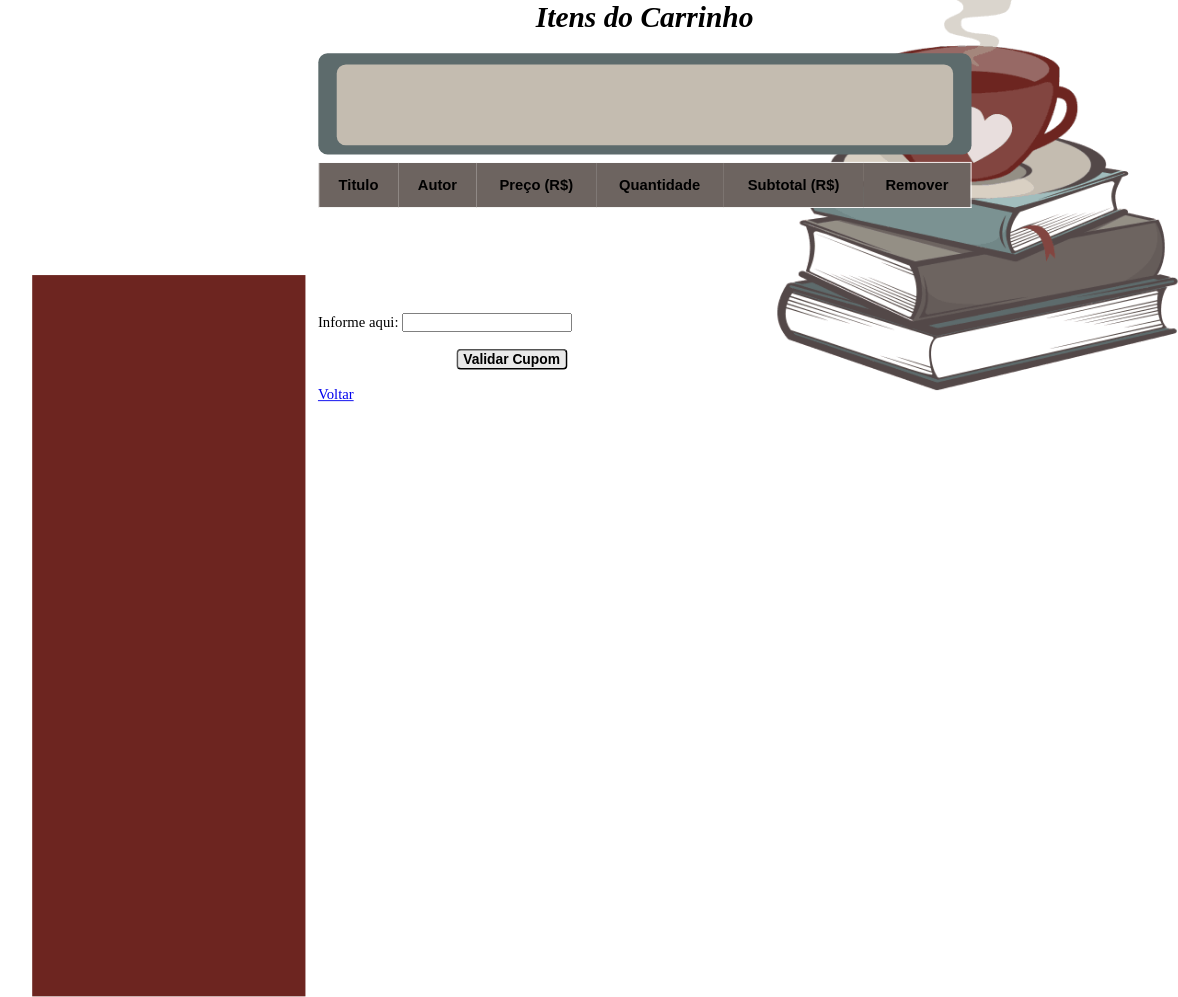
Repository: gabriellacrystina/ProjetoTegra
Page: http://localhost/book-store/meuCarrinho.jsp
An editor plug-in stored every save of this project. The page is shown before and after the next save, followed by the edit.
The browser window is 1280 px wide. The pictures show the whole page, at 92% of full size.
The page is served by Tomcat 9. Nobody is signed in. The application's start-up code is not run. Other server files are loaded and not shown. The template is opened directly, without the code that normally fills it, so the values that code supplies are empty.

Above is the page before, as saved 2016-07-07 19:47:53.

### book-store/WebContent/meuCarrinho.jsp
<%@ page language="java" contentType="text/html; charset=ISO-8859-1"
    pageEncoding="ISO-8859-1"%>
<%@ page import="model.Item" %>
<%@ page import="java.util.ArrayList" %>
<%@ taglib uri="http://java.sun.com/jsp/jstl/core" prefix="c" %>

<!DOCTYPE html PUBLIC "-//W3C//DTD HTML 4.01 Transitional//EN" "http://www.w3.org/TR/html4/loose.dtd">
<html>
	<head>
		<meta http-equiv="Content-Type" content="text/html; charset=ISO-8859-1">
		<link rel="stylesheet" type="text/css" href="book-store-style.css">
		<title>Carrinho</title>
	</head>
	<body>
			<h1>Itens do Carrinho</h1>
			<div class="my-cart">
				<div class="carrinho">

				</div>
			</div>
			<table id="tbl-books">
			  <tr>
			    <th>Titulo</th>
			    <th>Autor</th>
			    <th>Preço (R$)</th>
			    <th>Quantidade</th>
			    <th>Subtotal (R$)</th>
			    <th>Remover</th>
			  </tr>
		  		<c:forEach var="item" items="${listaItens}">
		  			<tr class="livros">
						<td class="nome-livro">${item.getProduto().getTitulo()}</td>
						<td class="nome-autor">${item.getProduto().getAutor()}</td>
						<td class="preco">${item.getProduto().getPreco()}</td>
						<td class="quantidade">${item.getQuantidade()}</td>
						<td class="subtotal">${item.getSubtotal()}</td>
						<td>
							<form action="MeuCarrinho" method="post">
								<input type="hidden" name="id-livro" value="${item.getProduto().getId()}"/>
								<button class="btn btn-comprar" type="submit">Remover</button>
							</form>
						</td>
					</tr>
		  		</c:forEach>
			</table>
			<br><br><br>
			<div class="cupom">
				<div class="desconto">
				</div>
				<h3>Possui cumpom de desconto?</h3>
				Informe aqui: <input type="text" maxlength="15">
				<br><br>
				<button class="btn" type="submit">Validar Cupom</button>
			</div>
			<br><a href="index.jsp">Voltar</a>
	</body>
</html>

### book-store/WebContent/book-store-style.css
@CHARSET "ISO-8859-1";

body {
	background-image: url("img/back.png");
	background-repeat: no-repeat;
	background-position: right top;
	background-attachment: initial;
    width: 710px;
    margin-top: 0px;
    margin-left: 27%;
	margin-right: auto;
}

h1 {
	font-style: oblique;
	text-align: center;
    color: #000000;
    margin-top: 0px;
    font-family: cursive;
}

h2{
	text-align: center;
	font-family: cursive;
    font-size: -webkit-xxx-large;
    color: #5D6B6C;
}

h5{
	color: #000000;
	font-size: x-large;
}

h4{
	color: #1b1919;
	text-align: center;
    font-size: x-large;
    font-family: cursive;

}

#tbl-books {
	width: 100%;
	font-family: "Arial", "Helvetica", sans-serif;
	border: 1px solid #ffffff;
    border-collapse: collapse;
}

#tbl-books tr:nth-child(even){
	background-color: #FFFFFF
}

#tbl-books tr:nth-child(odd){
	background-color: #6D6460;
}

th, td {
    padding: 15px;
    text-align: center;
}


.nome-livro{
	text-align: left;
}

.my-cart{
	width: 100%;
	height: 110px;
	border-radius: 10px;
    padding: 12px 20px;
    margin: 8px 0;
    box-sizing: border-box;
	background-color: #5D6B6C;
	margin-left: auto;
	margin-right: auto;
}
.cart{
	float: right;
	background-color: #c4bcb0;
	border-radius: 10px;
	padding-left: 10px;
	padding-bottom: 5px;
	margin-left: auto;
	margin-right: auto;
}

.carrinho{
	background-color: #c4bcb0;
	height: 90%;
	text-align: left;
	border-radius: 10px;
	padding-top: 10px;
	padding-left: 10px;
	padding-right: 10px;
	font: small-caption;
    font-weight: 700;
}

#lbl-meu-carrinho{
	font-size: 20px;
	font-weight: bold;
}

.btn {
	font-family: "Arial", "Helvetica", sans-serif;
	border-radius: 5px;
	font-size: 15px;
	font-weight: bold;
	margin-left: 150px;
	margin-right: 5px;
	background-color: #e9e9e9;
}

.btn-comprar{
	margin-left: 10%;
}

.btn-validarCumpom{
	margin-left: 60%;
}

.btn-concluirCompra{
	float: right;
	margin-top: -10px;
	margin-left: 70%;
}
.it-carrinho{
	margin-right: 150px;
}

.img-desconto{
	background-image: url("img/desconto.jpg");
	width: 10%;
	top:5px;
	left:20px;
	position:absolute;
}

#img-descricao{
	color: #ffffff;
	font-size: 10px;
}

h3, p{
	color: #ffffff;
	font-family: "Arial", "Helvetica", serif;
}

.desconto{
	margin-top: 0px;
	background-color: #6D2520;
	width: 22%;
	height: 100%;
	left:35px;
	text-align: left;
	padding-top: 5%;
	padding-left: 15px;
	position:absolute;
}

#img-desconto{
	padding-top: 20%;
	width: 100%;

}
.titulo-livro{
	font-size: larger;
}

After the next save:
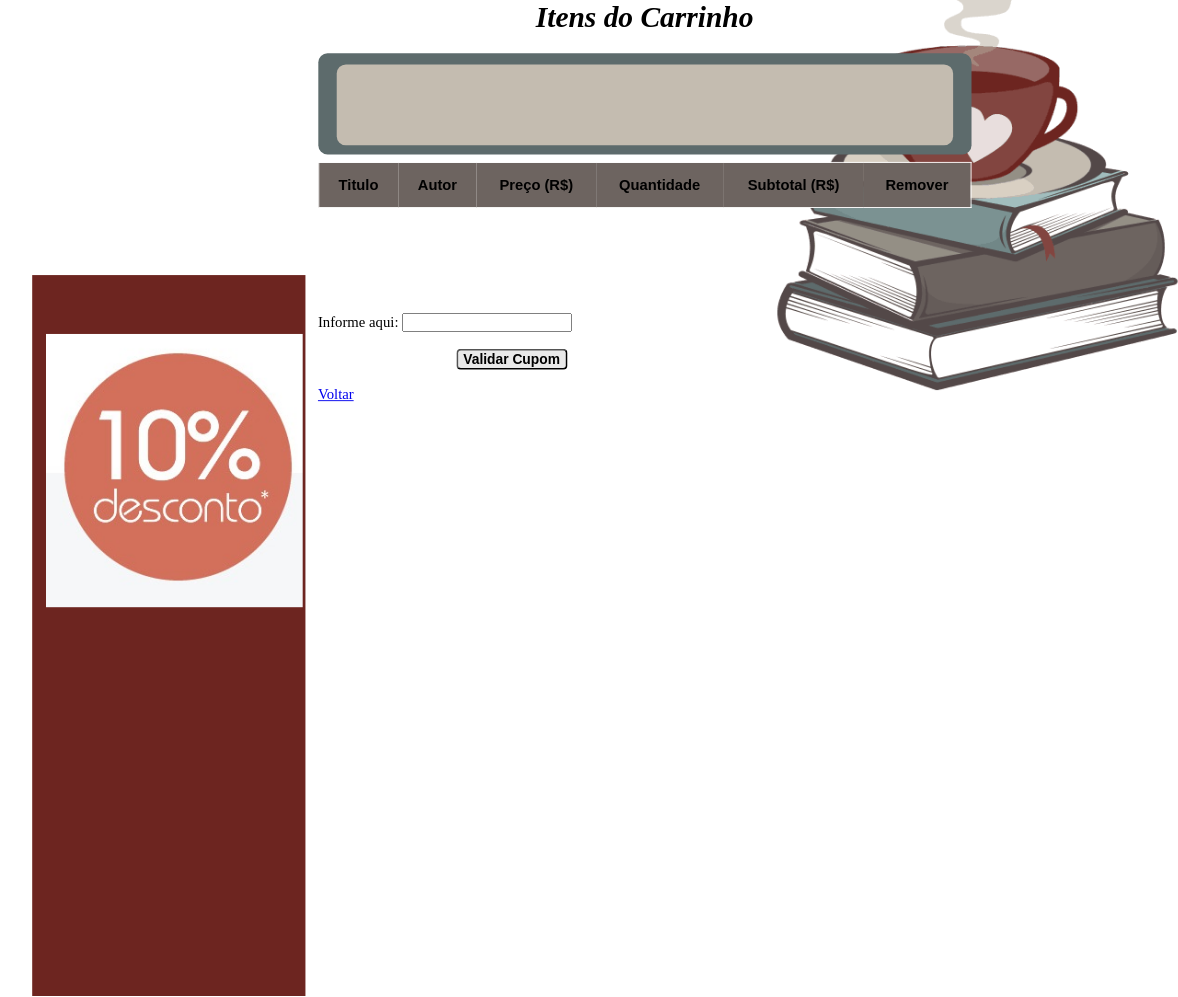
Saved 2 min 12 s later.
--- a/book-store/WebContent/meuCarrinho.jsp
+++ b/book-store/WebContent/meuCarrinho.jsp
@@ -46,6 +46,7 @@
 			<br><br><br>
 			<div class="cupom">
 				<div class="desconto">
+					<img alt="15px" src="desconto.jpg" />
 				</div>
 				<h3>Possui cumpom de desconto?</h3>
 				Informe aqui: <input type="text" maxlength="15">
